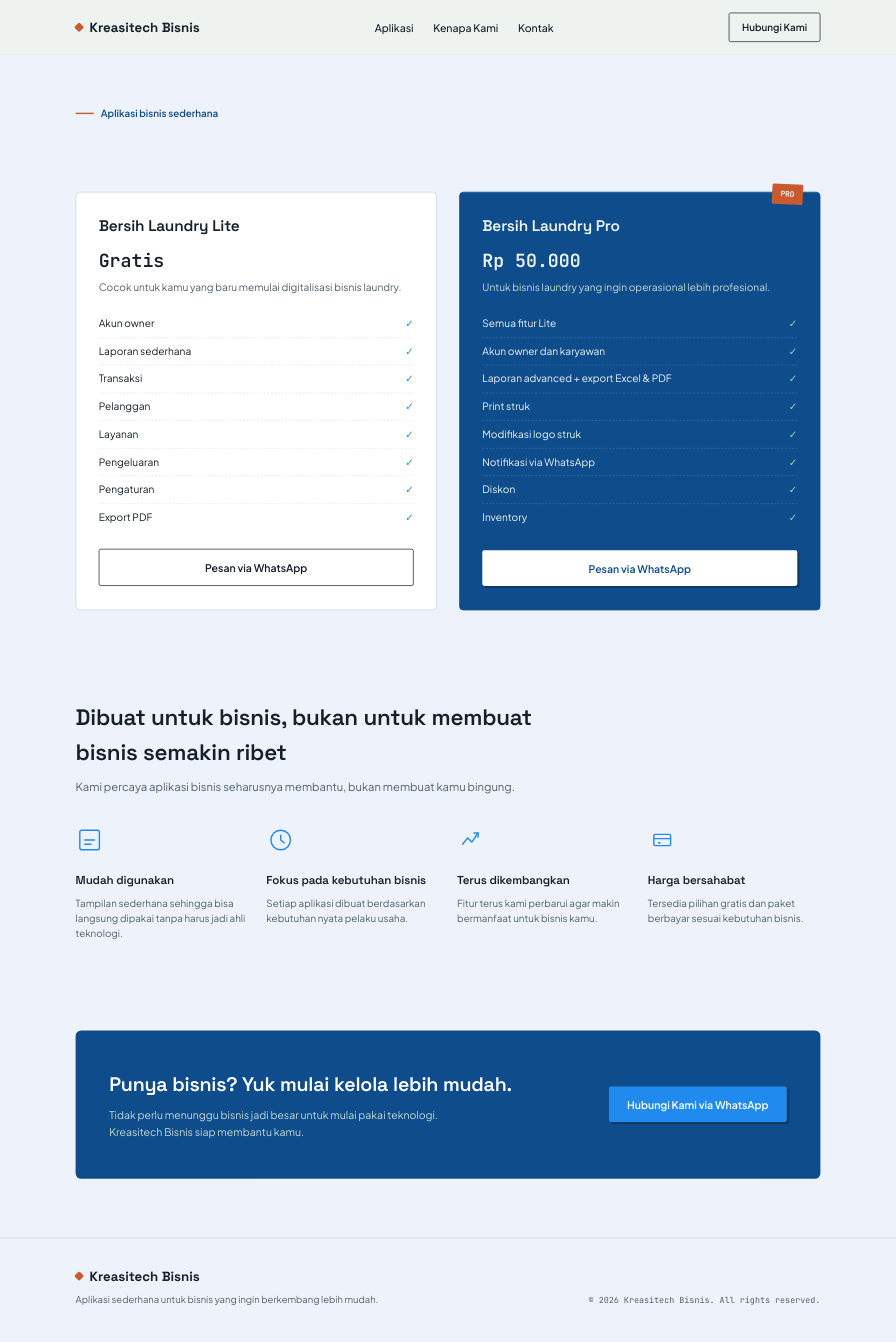
Repository: joao880hbhb/kreasitech
Page: produk/bersih-laundry.html
These files come from the project's save history. The page is drawn as it stood at one moment and after the next save; the edit follows.
The browser window is 1280 px wide. The pictures show the whole page, at 70% of full size.

Above is the page before, as saved 2026-09-14 21:37:00.

### produk/bersih-laundry.html
<!DOCTYPE html>
<html lang="id">
<head>
<meta charset="UTF-8">
<meta name="viewport" content="width=device-width, initial-scale=1.0">
<title>Kreasitech Bisnis — Membantu Bisnis Kamu</title>
<link rel="preconnect" href="https://fonts.googleapis.com">
<link rel="preconnect" href="https://fonts.gstatic.com" crossorigin>
<link href="https://fonts.googleapis.com/css2?family=Space+Grotesk:wght@500;600;700&family=Plus+Jakarta+Sans:wght@400;500;600;700&family=JetBrains+Mono:wght@400;500;600&display=swap" rel="stylesheet">
<style>
  :root{
    --paper:#EEF3FB;
    --paper-alt:#FFFFFF;
    --ink:#16202B;
    --ink-soft:#51606F;
    --pine:#208AEF;
    --pine-dark:#0F4C8C;
    --rust:#C85A2E;
    --line:#C6D3E1;
    --line-soft:#DCE5EF;
  }
  *{box-sizing:border-box; margin:0; padding:0;}
  html{scroll-behavior:smooth;}
  body{
    background:var(--paper);
    color:var(--ink);
    font-family:'Plus Jakarta Sans', sans-serif;
    line-height:1.55;
    -webkit-font-smoothing:antialiased;
  }
  img{max-width:100%; display:block;}
  a{color:inherit; text-decoration:none;}
  .wrap{max-width:1120px; margin:0 auto; padding:0 28px;}
  h1,h2,h3{font-family:'Space Grotesk', sans-serif; font-weight:600; letter-spacing:-0.01em;}
  .mono{font-family:'JetBrains Mono', monospace;}

  /* perforated divider — like a torn receipt edge */
  .tear{
    height:22px;
    width:100%;
    background:
      radial-gradient(circle at 11px 0, transparent 11px, var(--paper) 11.5px) repeat-x;
    background-size:22px 22px;
    background-position:0 -11px;
  }
  .tear.into-alt{ background-image:radial-gradient(circle at 11px 0, transparent 11px, var(--paper-alt) 11.5px);}
  .tear.into-paper{ background-image:radial-gradient(circle at 11px 0, transparent 11px, var(--paper) 11.5px);}
  .tear.into-dark{ background-image:radial-gradient(circle at 11px 0, transparent 11px, var(--pine-dark) 11.5px);}

  /* NAV */
  header{
    position:sticky; top:0; z-index:50;
    background:rgba(238,243,239,0.9);
    backdrop-filter:blur(8px);
    border-bottom:1px solid var(--line-soft);
  }
  nav{
    display:flex; align-items:center; justify-content:space-between;
    padding:18px 28px; max-width:1120px; margin:0 auto;
  }
  .brand{display:flex; align-items:center; gap:10px; font-family:'Space Grotesk'; font-weight:700; font-size:19px;}
  .brand .dot{width:10px; height:10px; border-radius:2px; background:var(--rust); transform:rotate(45deg);}
  .navlinks{display:flex; gap:28px; font-size:15px; font-weight:500;}
  .navlinks a:hover{color:var(--pine);}
  .btn-ghost{border:1.5px solid var(--ink); padding:9px 18px; border-radius:3px; font-weight:600; font-size:14px;}
  .btn-ghost:hover{background:var(--ink); color:var(--paper);}
  @media (max-width:720px){ .navlinks{display:none;} }

  /* HERO */
  .hero{padding:72px 0 20px;}
  .hero-grid{display:grid; grid-template-columns:1.1fr 0.9fr; gap:56px; align-items:center;}
  @media (max-width:860px){ .hero-grid{grid-template-columns:1fr;} }
  .eyebrow-line{display:flex; align-items:center; gap:10px; font-size:14px; color:var(--pine-dark); font-weight:600; margin-bottom:18px;}
  .eyebrow-line::before{content:""; width:26px; height:2px; background:var(--rust);}
  .hero h1{font-size:46px; line-height:1.12; margin-bottom:20px;}
  @media (max-width:520px){ .hero h1{font-size:34px;} }
  .hero p.lead{font-size:18px; color:var(--ink-soft); max-width:46ch; margin-bottom:30px;}
  .hero-cta{display:flex; gap:14px; flex-wrap:wrap;}
  .btn-primary{
    background:var(--pine); color:#fff; padding:14px 26px; border-radius:3px;
    font-weight:600; font-size:15px; display:inline-block;
    box-shadow:3px 3px 0 var(--pine-dark);
    transition:transform .15s ease, box-shadow .15s ease;
  }
  .btn-primary:hover{ transform:translate(-2px,-2px); box-shadow:5px 5px 0 var(--pine-dark); }
  .btn-secondary{
    background:transparent; color:var(--ink); padding:14px 26px; border-radius:3px;
    font-weight:600; font-size:15px; border:1.5px solid var(--ink); display:inline-block;
  }
  .btn-secondary:hover{background:var(--ink); color:var(--paper);}

  /* hero receipt mockup */
  .receipt-mock{
    position:relative;
    background:var(--paper-alt);
    border:1px solid var(--line);
    border-radius:4px;
    padding:26px 24px 22px;
    max-width:340px;
    margin-left:auto;
    box-shadow:0 20px 50px -20px rgba(22,36,29,0.35);
    transform:rotate(2deg);
  }
  .receipt-mock::before,.receipt-mock::after{
    content:""; position:absolute; left:0; right:0; height:12px;
    background:
      radial-gradient(circle at 10px 6px, var(--paper) 6px, transparent 6.5px) repeat-x;
    background-size:20px 12px;
  }
  .receipt-mock::before{top:-6px;}
  .receipt-mock::after{bottom:-6px; transform:rotate(180deg);}
  .receipt-mock .r-head{display:flex; justify-content:space-between; align-items:baseline; border-bottom:1.5px dashed var(--line); padding-bottom:12px; margin-bottom:14px;}
  .receipt-mock .r-head span:first-child{font-family:'Space Grotesk'; font-weight:700; font-size:15px;}
  .receipt-mock .r-head span:last-child{font-family:'JetBrains Mono'; font-size:11px; color:var(--ink-soft);}
  .r-row{display:flex; justify-content:space-between; font-size:13.5px; margin-bottom:9px; font-family:'JetBrains Mono';}
  .r-row .name{color:var(--ink-soft); font-family:'Plus Jakarta Sans';}
  .r-total{
    display:flex; justify-content:space-between; margin-top:14px; padding-top:12px;
    border-top:1.5px dashed var(--line); font-weight:700; font-size:15px;
  }
  .r-status{
    display:inline-block; margin-top:16px; padding:5px 12px; border:2px solid var(--rust);
    color:var(--rust); font-family:'JetBrains Mono'; font-size:11px; font-weight:600;
    transform:rotate(-4deg); border-radius:2px;
  }

  section{padding:64px 0;}

  /* value props row */
  .value-row{
    display:grid; grid-template-columns:repeat(3,1fr); gap:0;
    border-top:1px solid var(--line); border-bottom:1px solid var(--line);
  }
  .value-row .vcell{padding:26px 22px; border-right:1px solid var(--line);}
  .value-row .vcell:last-child{border-right:none;}
  .value-row .vcell .num{font-family:'JetBrains Mono'; font-size:12px; color:var(--pine); margin-bottom:8px;}
  .value-row .vcell h3{font-size:17px; margin-bottom:6px;}
  .value-row .vcell p{font-size:14.5px; color:var(--ink-soft);}
  @media (max-width:720px){ .value-row{grid-template-columns:1fr;} .value-row .vcell{border-right:none; border-bottom:1px solid var(--line);} }

  /* products intro */
  .section-head{max-width:60ch; margin-bottom:44px;}
  .section-head h2{font-size:32px; margin-bottom:12px;}
  .section-head p{color:var(--ink-soft); font-size:16px;}

  .product-photo-wrap{
    position:relative; border-radius:6px; overflow:hidden; margin-bottom:48px;
    border:1px solid var(--line);
  }
  .product-photo-wrap img{width:100%; height:280px; object-fit:cover; filter:saturate(0.92) contrast(1.02);}
  .product-photo-wrap .tag{
    position:absolute; bottom:16px; left:16px; background:var(--paper-alt);
    padding:8px 14px; font-family:'JetBrains Mono'; font-size:12px; border-radius:3px;
    border:1px solid var(--line);
  }

  /* pricing / feature cards, receipt style */
  /* mobile-first: 2 kolom berdampingan dari layar paling kecil, melebar ke layout desktop */
  .plans{display:grid; grid-template-columns:1fr 1fr; gap:10px;}
  .plan{
    background:var(--paper-alt); border:1px solid var(--line); border-radius:6px;
    padding:18px 14px; position:relative; display:flex; flex-direction:column;
    min-width:0; /* cegah konten memaksa kolom melebar & merusak grid di layar kecil */
  }
  .plan.pro{background:var(--pine-dark); color:#EFF6F2; border-color:var(--pine-dark);}
  .plan .badge{
    position:absolute; top:-10px; right:14px; background:var(--rust); color:#fff;
    font-family:'JetBrains Mono'; font-size:10px; font-weight:600; padding:4px 9px;
    border-radius:2px; transform:rotate(3deg);
  }
  .plan h3{font-size:15.5px; margin-bottom:2px; line-height:1.25;}
  .plan .price{font-family:'JetBrains Mono'; font-size:17px; font-weight:600; margin:8px 0 4px;}
  .plan .sub{font-size:11.5px; color:var(--ink-soft); margin-bottom:14px; line-height:1.4;}
  .plan.pro .sub{color:#C6DAD1;}
  .plan ul{list-style:none; margin-bottom:16px; flex-grow:1;}
  .plan li{
    display:flex; justify-content:space-between; align-items:baseline; gap:6px; font-size:11.5px;
    padding:6px 0; border-bottom:1px dashed var(--line-soft);
  }
  .plan.pro li{border-bottom:1px dashed rgba(255,255,255,0.18);}
  .plan li:last-child{border-bottom:none;}
  .plan li .name{line-height:1.3;}
  .plan li .check{color:var(--pine); font-family:'JetBrains Mono'; flex-shrink:0;}
  .plan.pro li .check{color:#8FD8BB;}
  .plan .btn-secondary, .plan .btn-primary{padding:10px 12px; font-size:12.5px;}

  /* di layar lebih lebar, beri napas lebih longgar */
  @media (min-width:560px){
    .plans{gap:24px;}
    .plan{padding:28px 26px;}
    .plan h3{font-size:20px;}
    .plan .price{font-size:24px; margin:12px 0 6px;}
    .plan .sub{font-size:14px; margin-bottom:22px;}
    .plan ul{margin-bottom:26px;}
    .plan li{font-size:13.5px; padding:8px 0;}
    .plan .badge{top:-12px; right:24px; font-size:11px; padding:6px 12px;}
    .plan .btn-secondary, .plan .btn-primary{padding:14px 26px; font-size:15px;}
  }
  @media (min-width:800px){
    .plans{gap:32px;}
    .plan{padding:34px 32px;}
    .plan h3{font-size:22px;}
    .plan .price{font-size:26px; margin:14px 0 6px;}
    .plan .sub{font-size:14.5px; margin-bottom:24px;}
    .plan li{font-size:14.5px;}
  }

  /* why us */
  .why-grid{display:grid; grid-template-columns:repeat(4,1fr); gap:26px;}
  @media (max-width:900px){ .why-grid{grid-template-columns:1fr 1fr;} }
  @media (max-width:520px){ .why-grid{grid-template-columns:1fr;} }
  .why-card{padding:0;}
  .why-card .icon{width:40px; height:40px; margin-bottom:18px;}
  .why-card h3{font-size:16.5px; margin-bottom:8px;}
  .why-card p{font-size:14px; color:var(--ink-soft);}

  /* final cta */
  .final-cta{
    background:var(--pine-dark); color:#EFF6F2; border-radius:8px;
    padding:56px 48px; display:flex; justify-content:space-between; align-items:center; gap:32px;
  }
  @media (max-width:760px){ .final-cta{flex-direction:column; text-align:center; padding:44px 26px;} }
  .final-cta h2{font-size:28px; margin-bottom:10px; color:#fff;}
  .final-cta p{color:#C6DAD1; font-size:15px; max-width:44ch;}
  .final-cta .btn-primary{box-shadow:3px 3px 0 rgba(0,0,0,0.25); flex-shrink:0;}

  footer{padding:40px 0 50px; border-top:1px solid var(--line); margin-top:20px;}
  .foot-grid{display:flex; justify-content:space-between; align-items:flex-end; flex-wrap:wrap; gap:20px;}
  .foot-grid .brand{margin-bottom:8px;}
  footer p{font-size:13.5px; color:var(--ink-soft);}
  footer .copyright{font-family:'JetBrains Mono'; font-size:12px; color:var(--ink-soft);}
</style>
</head>
<body>

<header>
  <nav>
    <div class="brand"><span class="dot"></span>Kreasitech Bisnis</div>
    <div class="navlinks">
      <a href="#produk">Aplikasi</a>
      <a href="#kenapa">Kenapa Kami</a>
      <a href="#kontak">Kontak</a>
    </div>
    <a href="#kontak" class="btn-ghost">Hubungi Kami</a>
  </nav>
</header>

<section class="hero">
  <div class="wrap hero-grid">
    <div>
      <div class="eyebrow-line">Aplikasi bisnis sederhana</div>
      <!-- <h1>Bisnis kamu, tercatat rapi tanpa ribet.</h1> -->
      <!-- <p class="lead">Kreasitech Bisnis membuat aplikasi sederhana yang membantu usaha kecil mencatat transaksi, mengelola pelanggan, dan melihat semuanya dalam satu tempat.</p>
      <div class="hero-cta">
        <a href="#produk" class="btn-primary">Lihat Aplikasi</a>
        <a href="#kontak" class="btn-secondary">Hubungi Kami</a>
      </div> -->
    </div>
    <!-- <div>
      <div class="receipt-mock">
        <div class="r-head">
          <span>Bersih Laundry</span>
          <span>#0231 — Hari ini</span>
        </div>
        <div class="r-row"><span class="name">Cuci + Setrika, 3kg</span><span>Rp 21.000</span></div>
        <div class="r-row"><span class="name">Cuci Kering, 2kg</span><span>Rp 12.000</span></div>
        <div class="r-row"><span class="name">Setrika Saja, 1kg</span><span>Rp 6.000</span></div>
        <div class="r-total"><span>Total</span><span class="mono">Rp 39.000</span></div>
        <div class="r-status">SIAP DIAMBIL</div>
      </div>
    </div> -->
  </div>
</section>

<!-- <div class="wrap"><div class="value-row">
  <div class="vcell"><div class="num">01</div><h3>Mudah digunakan</h3><p>Tidak perlu jadi ahli teknologi untuk mulai memakainya.</p></div>
  <div class="vcell"><div class="num">02</div><h3>Tidak ribet</h3><p>Fokus pada yang penting: catat, kelola, selesai.</p></div>
  <div class="vcell"><div class="num">03</div><h3>Untuk semua skala</h3><p>Cocok dari bisnis rumahan sampai yang sedang berkembang.</p></div>
</div></div> -->

<section id="produk">
  <div class="wrap">
    <!-- <div class="section-head">
      <h2>Aplikasi untuk bisnis laundry kamu</h2>
      <p>Kami mulai dari kebutuhan yang paling nyata: usaha laundry yang selama ini masih mencatat transaksi di buku atau kertas nota.</p>
    </div>

    <div class="product-photo-wrap">
      <img src="https://picsum.photos/seed/kreasitech-laundry/1200/560" alt="Tumpukan pakaian bersih terlipat rapi di usaha laundry">
      <div class="tag mono">Bersih Laundry</div>
    </div> -->

    <div class="plans">
      <div class="plan">
        <h3>Bersih Laundry Lite</h3>
        <div class="price">Gratis</div>
        <p class="sub">Cocok untuk kamu yang baru memulai digitalisasi bisnis laundry.</p>
        <ul>
          <li><span class="name">Akun owner</span><span class="check">✓</span></li>
          <li><span class="name">Laporan sederhana</span><span class="check">✓</span></li>
          <li><span class="name">Transaksi</span><span class="check">✓</span></li>
          <li><span class="name">Pelanggan</span><span class="check">✓</span></li>
          <li><span class="name">Layanan</span><span class="check">✓</span></li>
          <li><span class="name">Pengeluaran</span><span class="check">✓</span></li>
          <li><span class="name">Pengaturan</span><span class="check">✓</span></li>
          <li><span class="name">Export PDF</span><span class="check">✓</span></li>
        </ul>
        <a href="https://wa.me/6281234567890" class="btn-secondary" style="text-align:center;" target="_blank" rel="noopener">Pesan via WhatsApp</a>
      </div>

      <div class="plan pro">
        <div class="badge">PRO</div>
        <h3>Bersih Laundry Pro</h3>
        <div class="price">Rp 50.000</div>
        <p class="sub">Untuk bisnis laundry yang ingin operasional lebih profesional.</p>
        <ul>
          <li><span class="name">Semua fitur Lite</span><span class="check">✓</span></li>
          <li><span class="name">Akun owner dan karyawan</span><span class="check">✓</span></li>
          <li><span class="name">Laporan advanced + export Excel &amp; PDF</span><span class="check">✓</span></li>
          <li><span class="name">Print struk</span><span class="check">✓</span></li>
          <li><span class="name">Modifikasi logo struk</span><span class="check">✓</span></li>
          <li><span class="name">Notifikasi via WhatsApp</span><span class="check">✓</span></li>
          <li><span class="name">Diskon</span><span class="check">✓</span></li>
          <li><span class="name">Inventory</span><span class="check">✓</span></li>
        </ul>
        <a href="https://wa.me/6281234567890" class="btn-primary" style="text-align:center; background:#fff; color:var(--pine-dark); box-shadow:3px 3px 0 rgba(0,0,0,0.25);" target="_blank" rel="noopener">Pesan via WhatsApp</a>
      </div>
    </div>
  </div>
</section>

<section id="kenapa">
  <div class="wrap">
    <div class="section-head">
      <h2>Dibuat untuk bisnis, bukan untuk membuat bisnis semakin ribet</h2>
      <p>Kami percaya aplikasi bisnis seharusnya membantu, bukan membuat kamu bingung.</p>
    </div>
    <div class="why-grid">
      <div class="why-card">
        <svg class="icon" viewBox="0 0 40 40" fill="none"><rect x="6" y="6" width="28" height="28" rx="3" stroke="#208AEF" stroke-width="2"/><path d="M13 20h14M13 26h9" stroke="#208AEF" stroke-width="2" stroke-linecap="round"/></svg>
        <h3>Mudah digunakan</h3>
        <p>Tampilan sederhana sehingga bisa langsung dipakai tanpa harus jadi ahli teknologi.</p>
      </div>
      <div class="why-card">
        <svg class="icon" viewBox="0 0 40 40" fill="none"><circle cx="20" cy="20" r="14" stroke="#208AEF" stroke-width="2"/><path d="M20 13v7l5 4" stroke="#208AEF" stroke-width="2" stroke-linecap="round"/></svg>
        <h3>Fokus pada kebutuhan bisnis</h3>
        <p>Setiap aplikasi dibuat berdasarkan kebutuhan nyata pelaku usaha.</p>
      </div>
      <div class="why-card">
        <svg class="icon" viewBox="0 0 40 40" fill="none"><path d="M8 26l7-9 6 6 9-13" stroke="#208AEF" stroke-width="2" stroke-linecap="round" stroke-linejoin="round"/><path d="M24 10h6v6" stroke="#208AEF" stroke-width="2" stroke-linecap="round" stroke-linejoin="round"/></svg>
        <h3>Terus dikembangkan</h3>
        <p>Fitur terus kami perbarui agar makin bermanfaat untuk bisnis kamu.</p>
      </div>
      <div class="why-card">
        <svg class="icon" viewBox="0 0 40 40" fill="none"><rect x="8" y="12" width="24" height="16" rx="2" stroke="#208AEF" stroke-width="2"/><path d="M8 18h24M15 24h2" stroke="#208AEF" stroke-width="2" stroke-linecap="round"/></svg>
        <h3>Harga bersahabat</h3>
        <p>Tersedia pilihan gratis dan paket berbayar sesuai kebutuhan bisnis.</p>
      </div>
    </div>
  </div>
</section>

<section id="kontak">
  <div class="wrap">
    <div class="final-cta">
      <div>
        <h2>Punya bisnis? Yuk mulai kelola lebih mudah.</h2>
        <p>Tidak perlu menunggu bisnis jadi besar untuk mulai pakai teknologi. Kreasitech Bisnis siap membantu kamu.</p>
      </div>
      <a href="https://wa.me/6281234567890" class="btn-primary" target="_blank" rel="noopener">Hubungi Kami via WhatsApp</a>
    </div>
  </div>
</section>

<footer>
  <div class="wrap foot-grid">
    <div>
      <div class="brand"><span class="dot"></span>Kreasitech Bisnis</div>
      <p>Aplikasi sederhana untuk bisnis yang ingin berkembang lebih mudah.</p>
    </div>
    <div class="copyright">© 2026 Kreasitech Bisnis. All rights reserved.</div>
  </div>
</footer>

</body>
</html>

After the next save:
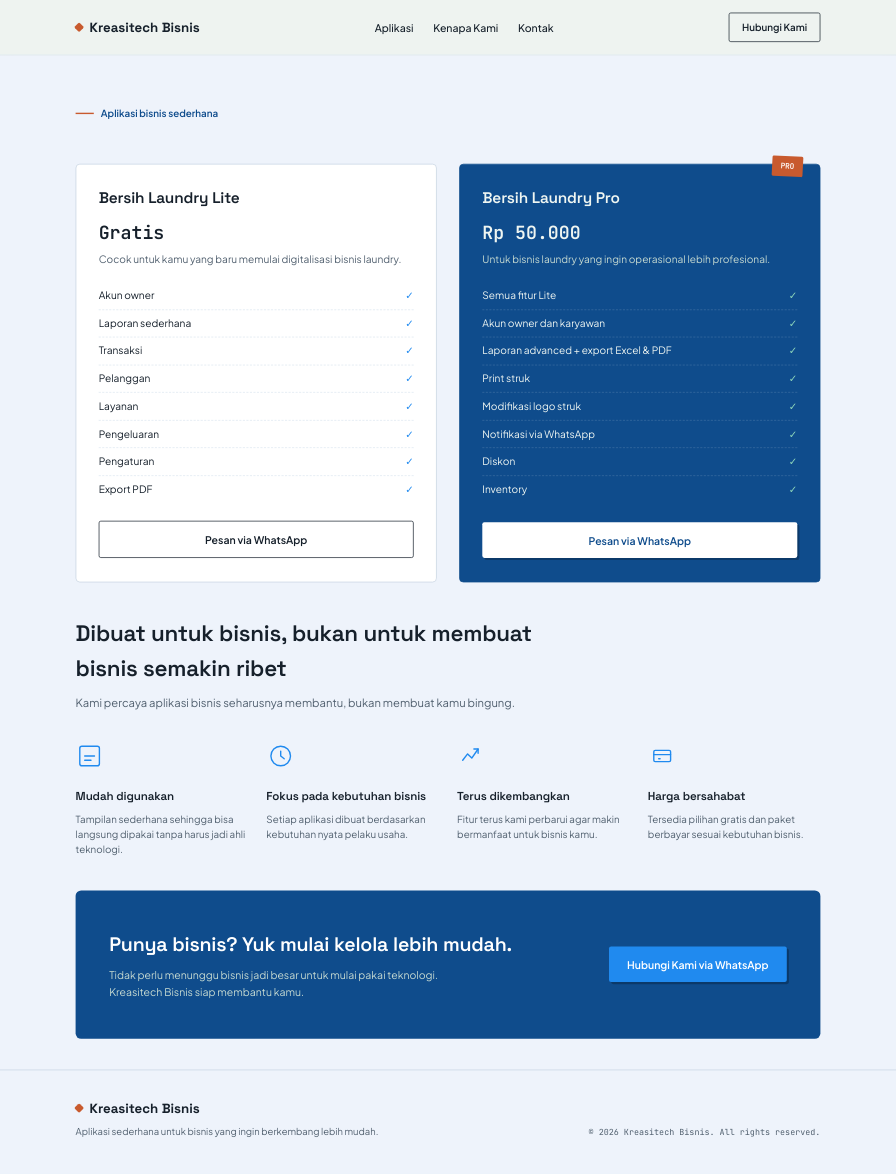
Saved 8 s later.
--- a/produk/bersih-laundry.html
+++ b/produk/bersih-laundry.html
@@ -124,7 +124,7 @@
     transform:rotate(-4deg); border-radius:2px;
   }
 
-  section{padding:64px 0;}
+  section{padding:24px 0;}
 
   /* value props row */
   .value-row{
